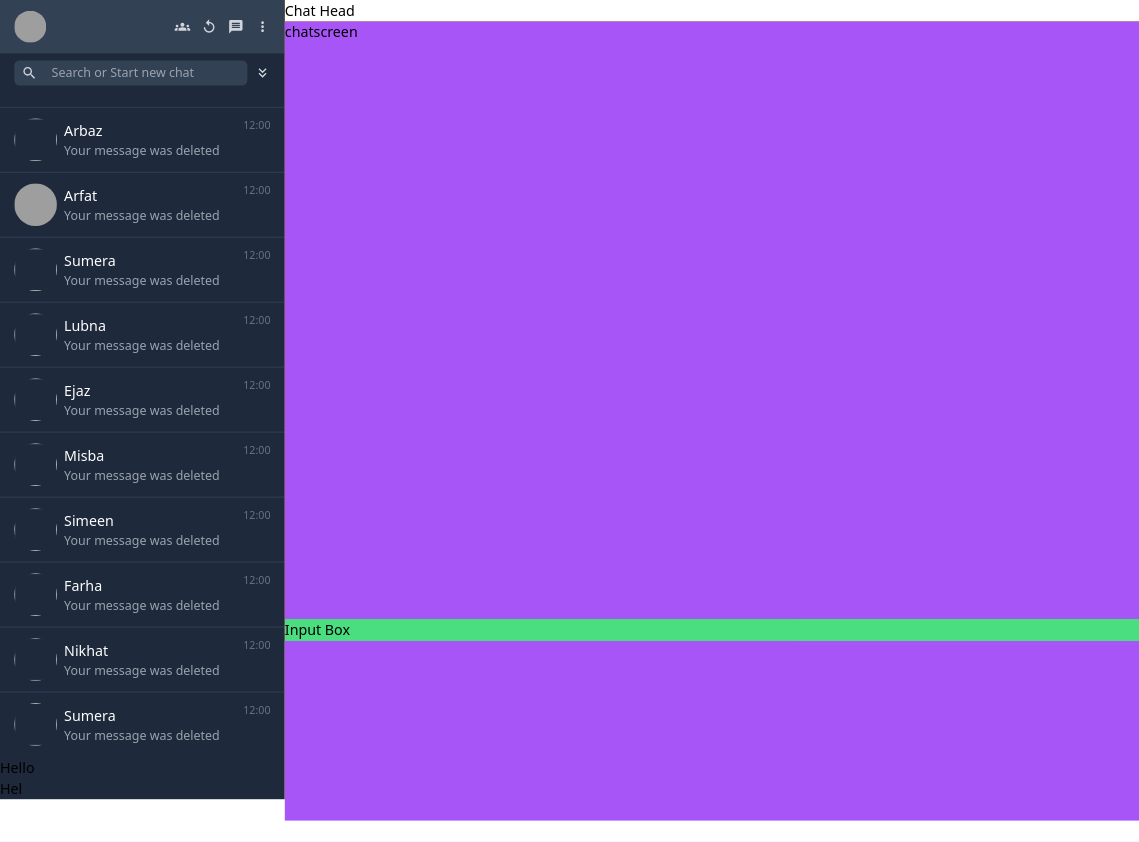
Repository: theanmol-raj/whatsapp
Page: /
An editor plug-in stored every save of this project. The page is shown before and after the next save, followed by the edit.
The browser window is 1280 px wide. The pictures show the whole page, at 89% of full size.
Pictures or frames that could not be fetched are drawn as grey boxes. The project was rebuilt for these pictures with package versions that can differ from the ones it lists, and the page was loaded fresh each time.

Above is the page before, as saved 2022-12-05 21:16:12.

### src/index.js
import React from 'react';
import ReactDOM from 'react-dom/client';
import './index.css';
import App from './App';






const root = ReactDOM.createRoot(document.getElementById('root'));

root.render(
  <App />
);

### src/App.js
import Homescreen from "./Screens/Homescreen";

function App() {

  return (
    <div className="h-screen w-screen bg-slate-900">
      <Homescreen />
      {/* LoginScreen */}
    </div>
  );
}

export default App;

### src/Screens/Homescreen.jsx
import React from 'react'
import ChatScreen from '../Components/ChatScreen'
import ContactList from '../Components/ContactList'

function Homescreen() {
  return (
    <div className=' w-full max-w-[95rem] grid grid-cols-4 h-screen bg-red-500 mx-auto'>
        {/* Contact List */}
            <ContactList />
        {/* Message Box */}
            <ChatScreen />

    </div>
  )
}

export default Homescreen

### src/Components/ChatScreen.jsx
import React from 'react'

function ChatScreen() {
  return (
    <div className=' bg-yellow-400 col-span-3 relative'>
        <div className=' w-full bg-white sticky top-0'>
                Chat Head
        </div>
        <div className=' h-full bg-purple-500'>
                chatscreen
        </div>
        <div className=' w-full sticky bottom-0 bg-green-400'>
                Input Box
        </div>
    </div>
  )
}

export default ChatScreen

### src/Components/ContactList.jsx
import React from 'react'
import GroupsIcon from '@mui/icons-material/Groups';
import ReplayIcon from '@mui/icons-material/Replay';
import MessageIcon from '@mui/icons-material/Message';
import MoreVertIcon from '@mui/icons-material/MoreVert';
import KeyboardDoubleArrowDownIcon from '@mui/icons-material/KeyboardDoubleArrowDown';
import SearchIcon from '@mui/icons-material/Search';
import ContactCard from './ContactCard';


function ContactList() {

  const ContactArray = [ { name : "Arfat" , img : `https://pps.whatsapp.net/v/t61.24694-24/312280018_169906322326594_541453286877171405_n.jpg?ccb=11-4&oh=01_AdQ1yNbSZqdVKcnMgMRJIHB1Ir-EPaz0J7QmOLxRvme0eg&oe=639896B0`} ,
  { name : "Ejaz" , img : `https://pps.whatsapp.net/v/t61.24694-24/298328542_766611371246745_4042993338047187675_n.jpg?ccb=11-4&oh=01_AdQ36FheWCyxcYyPJQ-xCOFR58A1-h-HbgN6dFXHd5YssQ&oe=639876BD`},
  { name : "Jay" , img : `https://pps.whatsapp.net/v/t61.24694-24/309614518_676409680674624_813590369321952386_n.jpg?ccb=11-4&oh=01_AdQbubsmhWacR9EVpPe10W9t9Xm3P9OgNLSLIcnwalFypA&oe=63989C85`}]

  const Arr = [<ContactCard showName="Sumera" /> , <p>Hello</p> ]

  return (
    <div className=' bg-slate-800'>
      <div className=' flex justify-between items-center p-3 px-4 bg-slate-700'>
        <img className=' rounded-full h-9 w-9' alt='' src="https://pps.whatsapp.net/v/t61.24694-24/158723607_419193396439292_5955373819812020282_n.jpg?stp=dst-jpg_s96x96&ccb=11-4&oh=01_AdRKjHR9ktMhs2HrAksQulr5trvWOTtpB53hlyDh0ZECbw&oe=63986EC2" />
        <div className=' flex text-gray-300 text-lg space-x-3'>
          <GroupsIcon fontSize='inherit' />
          <ReplayIcon fontSize='inherit' />
          <MessageIcon fontSize='inherit' />
          <MoreVertIcon fontSize='inherit' />
        </div>

      </div>
      <div className=' flex items-center text-gray-300 px-4 py-2 text-lg space-x-2'>
        <div className='flex items-center w-full bg-slate-700 space-x-4 px-2 py-1 rounded-md'>
          <SearchIcon fontSize='inherit' />
          <input placeholder='Search or Start new chat' className=' bg-transparent text-sm w-full' />
        </div>
        <KeyboardDoubleArrowDownIcon fontSize='inherit' />
      </div>

      <div className='mt-4'>
        <ContactCard showName="Arbaz" />
        <ContactCard showName="Arfat" showImg="https://pps.whatsapp.net/v/t61.24694-24/312280018_169906322326594_541453286877171405_n.jpg?ccb=11-4&oh=01_AdQ1yNbSZqdVKcnMgMRJIHB1Ir-EPaz0J7QmOLxRvme0eg&oe=639896B0" />
        <ContactCard showName="Sumera" />
        <ContactCard showName="Lubna" />
        <ContactCard showName="Ejaz" />
        <ContactCard showName="Misba" />
        <ContactCard showName="Simeen" />
        <ContactCard showName="Farha" />
        <ContactCard showName="Nikhat" />
          { [<ContactCard showName="Sumera" /> , <p>Hello</p> , "Hel" ]}

      </div>

    </div>
  )
}

export default ContactList

### src/Components/ContactCard.jsx
import React from 'react'




function ContactCard(props){
    console.log(props)


  return (
    <div className='text-gray-500 border-t py-3 border-slate-700 text-sm'>
        <div className=' flex justify-between mx-4'>
            <div className=' flex space-x-2 items-center'>
                <img className=' rounded-full h-12 w-12' alt='' src={props.showImg} />
                <div>
                    <p className=' text-white text-base'>{props.showName}</p>
                    <p className=' text-gray-400'> Your message was deleted</p>
                </div>
            </div>
            <div>
                <p className='text-xs '>12:00</p>
            </div>
        </div>
    </div>
  )
}

export default ContactCard

Loaded but not shown: public/index.html (common file); src/index.css (common file); tailwind.config.js (common file)

After the next save:
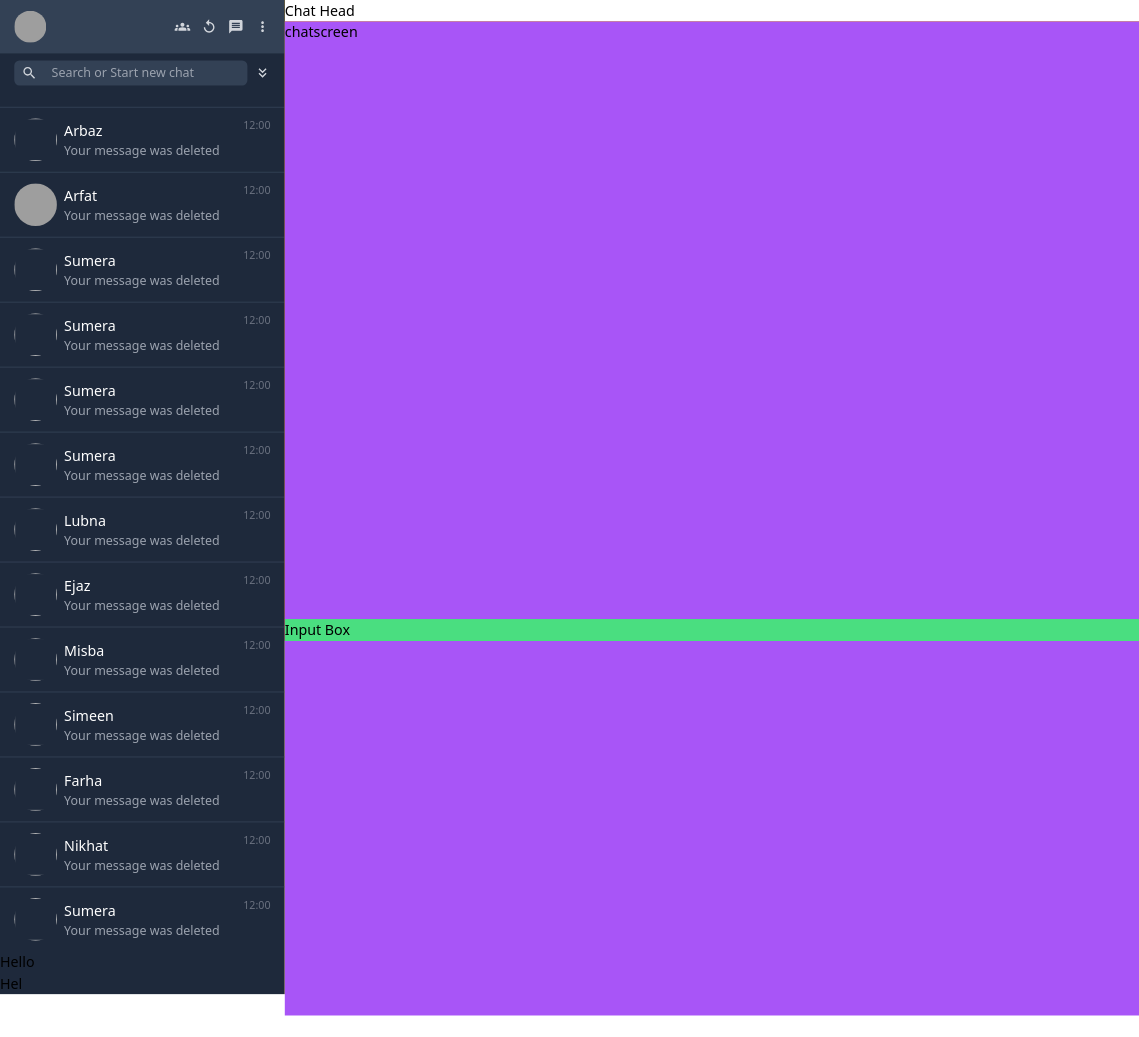
Saved 26 s later.
--- a/src/Components/ContactList.jsx
+++ b/src/Components/ContactList.jsx
@@ -40,6 +40,9 @@
         <ContactCard showName="Arbaz" />
         <ContactCard showName="Arfat" showImg="https://pps.whatsapp.net/v/t61.24694-24/312280018_169906322326594_541453286877171405_n.jpg?ccb=11-4&oh=01_AdQ1yNbSZqdVKcnMgMRJIHB1Ir-EPaz0J7QmOLxRvme0eg&oe=639896B0" />
         <ContactCard showName="Sumera" />
+        <ContactCard showName="Sumera" />
+        <ContactCard showName="Sumera" />
+        <ContactCard showName="Sumera" />
         <ContactCard showName="Lubna" />
         <ContactCard showName="Ejaz" />
         <ContactCard showName="Misba" />

After the save that followed:
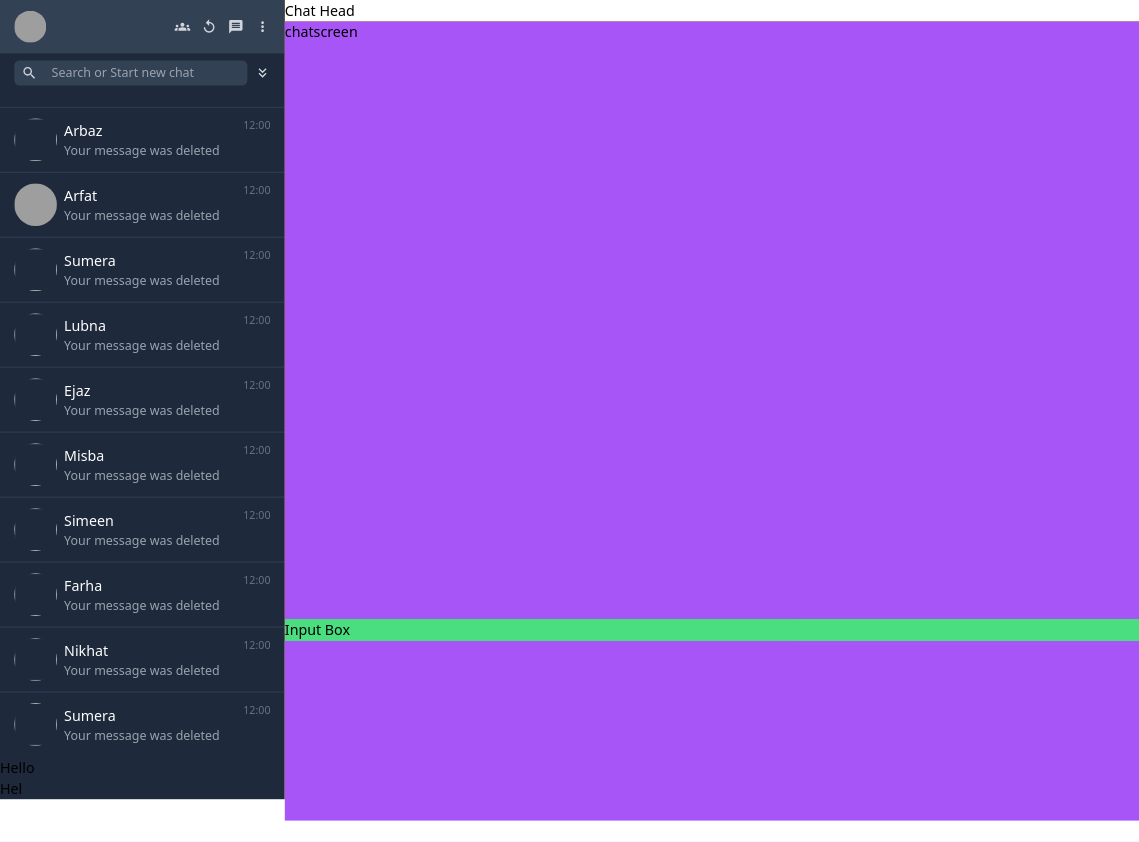
Saved 13 s later.
--- a/src/Components/ContactList.jsx
+++ b/src/Components/ContactList.jsx
@@ -40,9 +40,7 @@
         <ContactCard showName="Arbaz" />
         <ContactCard showName="Arfat" showImg="https://pps.whatsapp.net/v/t61.24694-24/312280018_169906322326594_541453286877171405_n.jpg?ccb=11-4&oh=01_AdQ1yNbSZqdVKcnMgMRJIHB1Ir-EPaz0J7QmOLxRvme0eg&oe=639896B0" />
         <ContactCard showName="Sumera" />
-        <ContactCard showName="Sumera" />
-        <ContactCard showName="Sumera" />
-        <ContactCard showName="Sumera" />
+
         <ContactCard showName="Lubna" />
         <ContactCard showName="Ejaz" />
         <ContactCard showName="Misba" />
